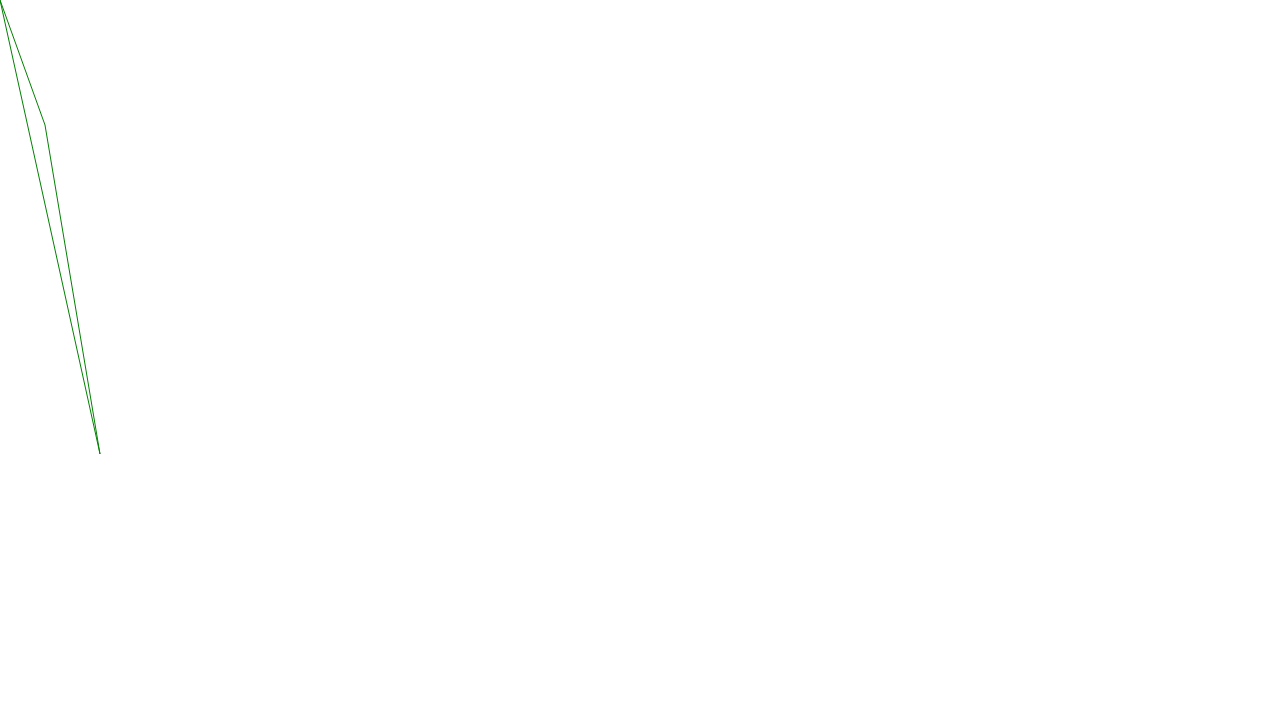
Repository: Lixianlai-2/Canvas-demo
Page: index.html
These files come from the project's save history. The page is drawn as it stood at one moment and after the next save; the edit follows.
The browser window is 1280 px wide. The pictures show the whole page.

Above is the page before, as saved 2021-12-19 19:24:24.

After the next save:
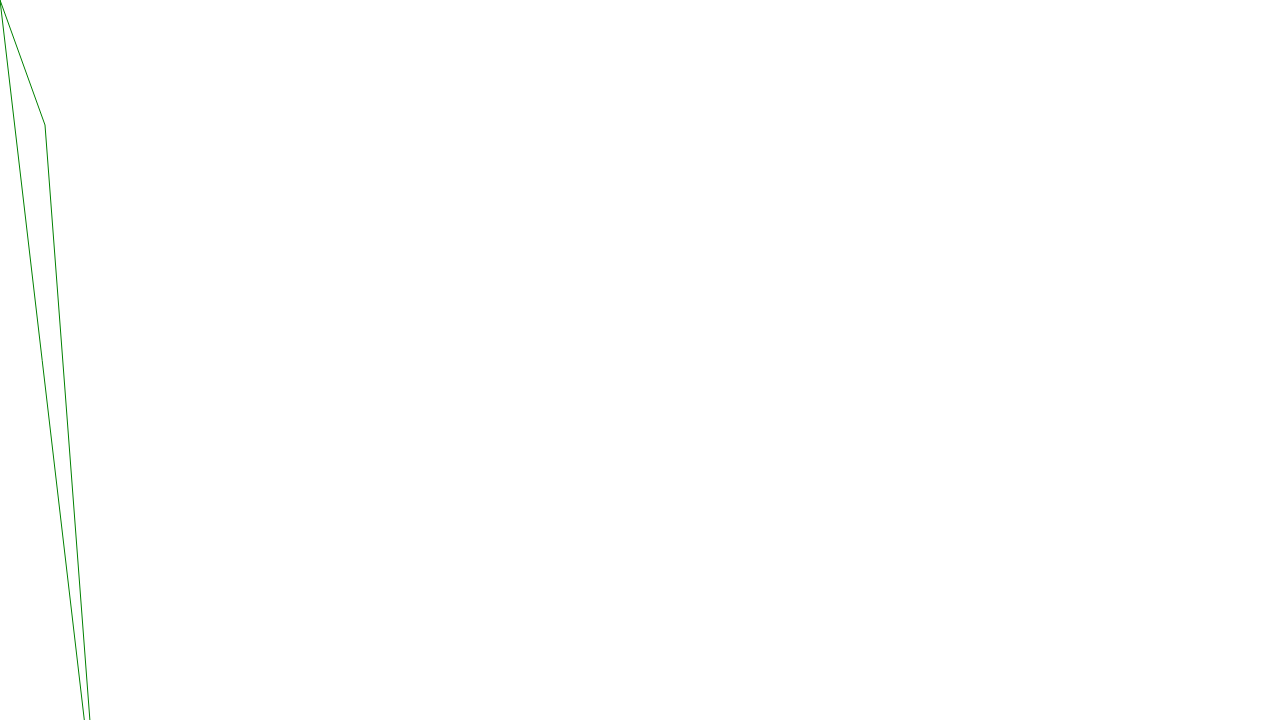
Saved 10 s later.
--- a/main.js
+++ b/main.js
@@ -15,7 +15,7 @@ ctx.beginPath();
 ctx.moveTo(0, 0);
 
 // 终点位置
-ctx.lineTo(100, 454);
+ctx.lineTo(100, 854);
 
 // 第三个点的位置
 ctx.lineTo(45, 125);
